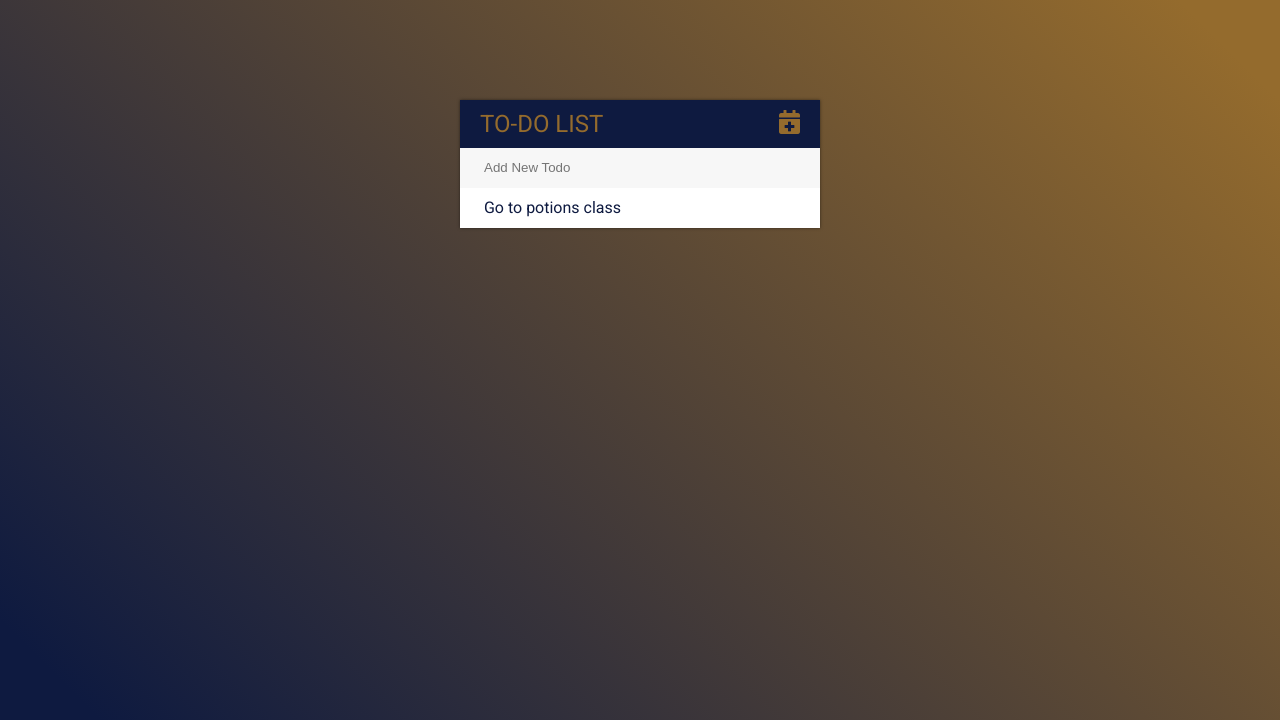
Repository: chrisYoder/Ravenclaw_Todo_List
Page: index.html
The author's editor kept a record of every edit. The page is drawn from the files as they stood at one moment, then again after the next edit.
The browser window is 1280 px wide. The pictures show the whole page.
Some web libraries are served in a nearby version.

Above is the page before.

After the next edit:
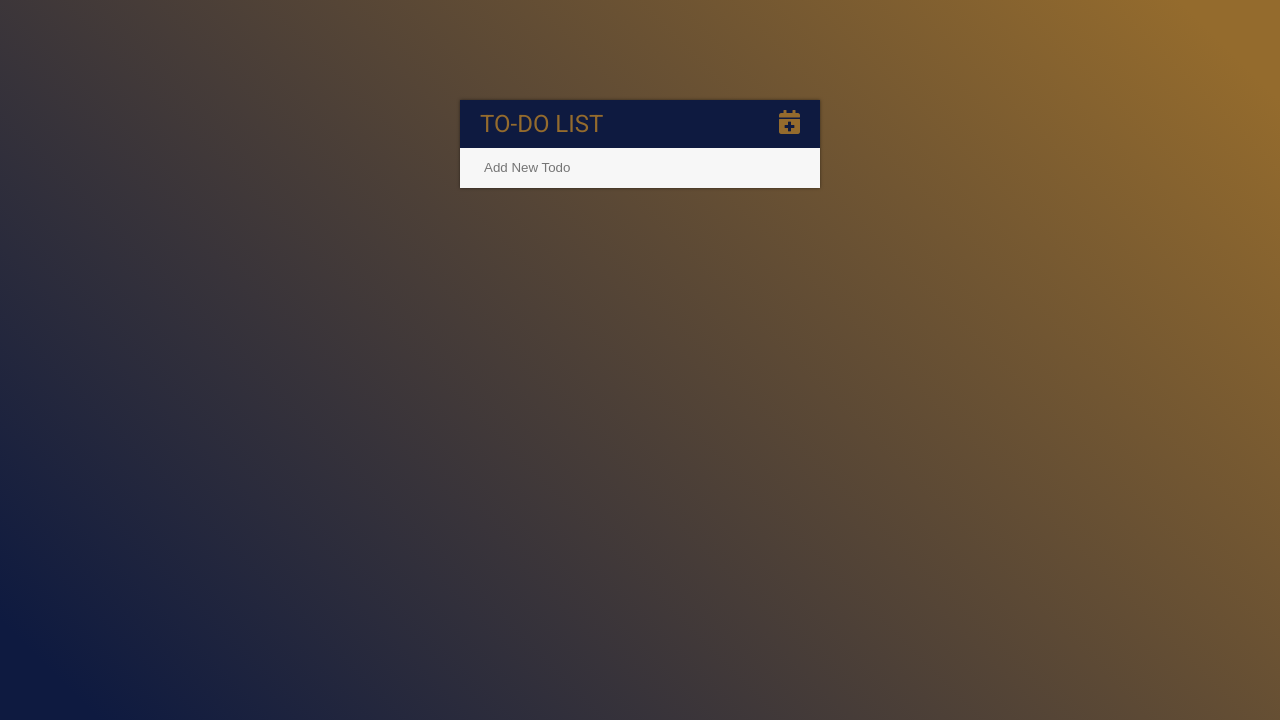
The edit:
--- a/index.html
+++ b/index.html
@@ -17,7 +17,7 @@
         <input type='text' id='todoInput' placeholder='Add New Todo'>
 
         <ul id='todoList'>
-          <li><span><i class="fa fa-trash"></i></span> Go to potions class</li>
+          <!--<li><span><i class="fa fa-trash"></i></span> Go to potions class</li>-->
         </ul>
       </div>
 
